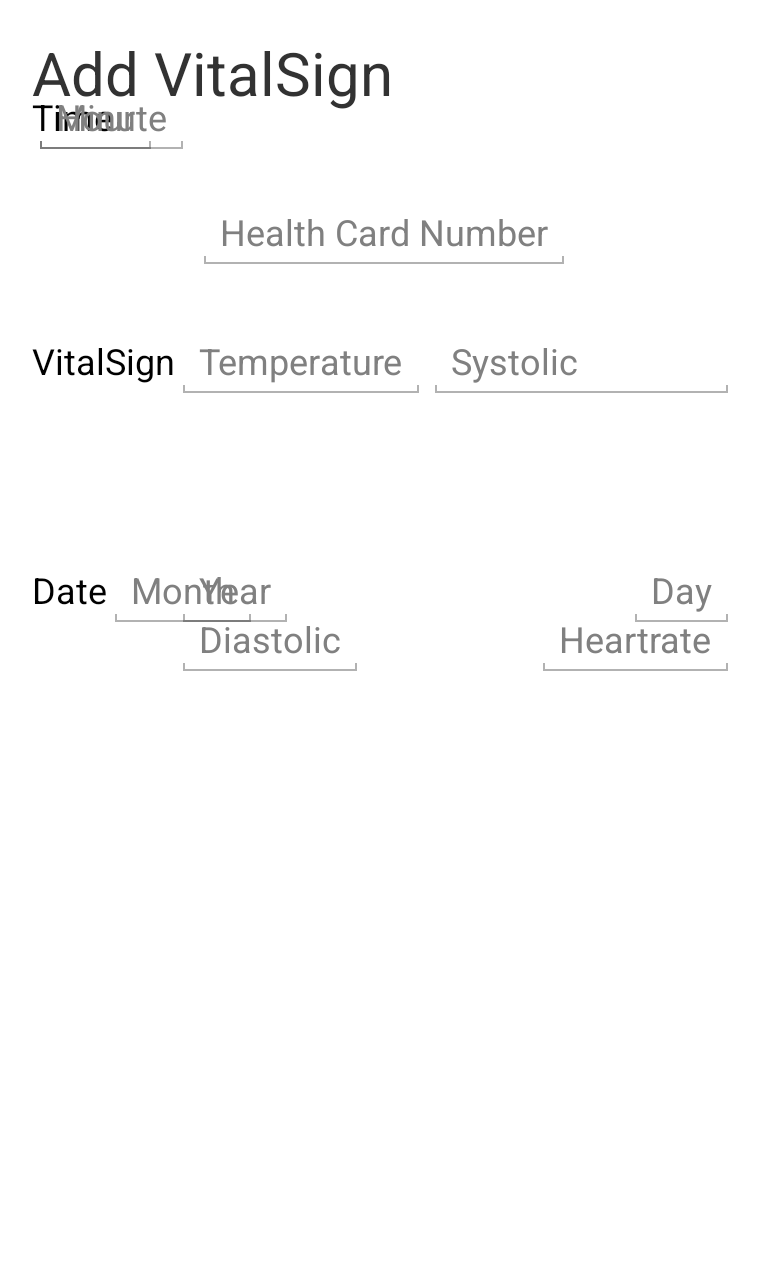
Repository: wangyuan0915/ER
Layout: workspace2/phase3/res/layout/activity_add_vital_sign.xml
An editor plug-in stored every save of this project. The layout is shown before and after the next save, followed by the edit.
It is drawn on a 768 x 1280 px phone screen (xhdpi) without system bars, with theme AppTheme; the app's code is not run.

Above is the layout before, as saved 2013-11-24 06:41:22.

After the next save:
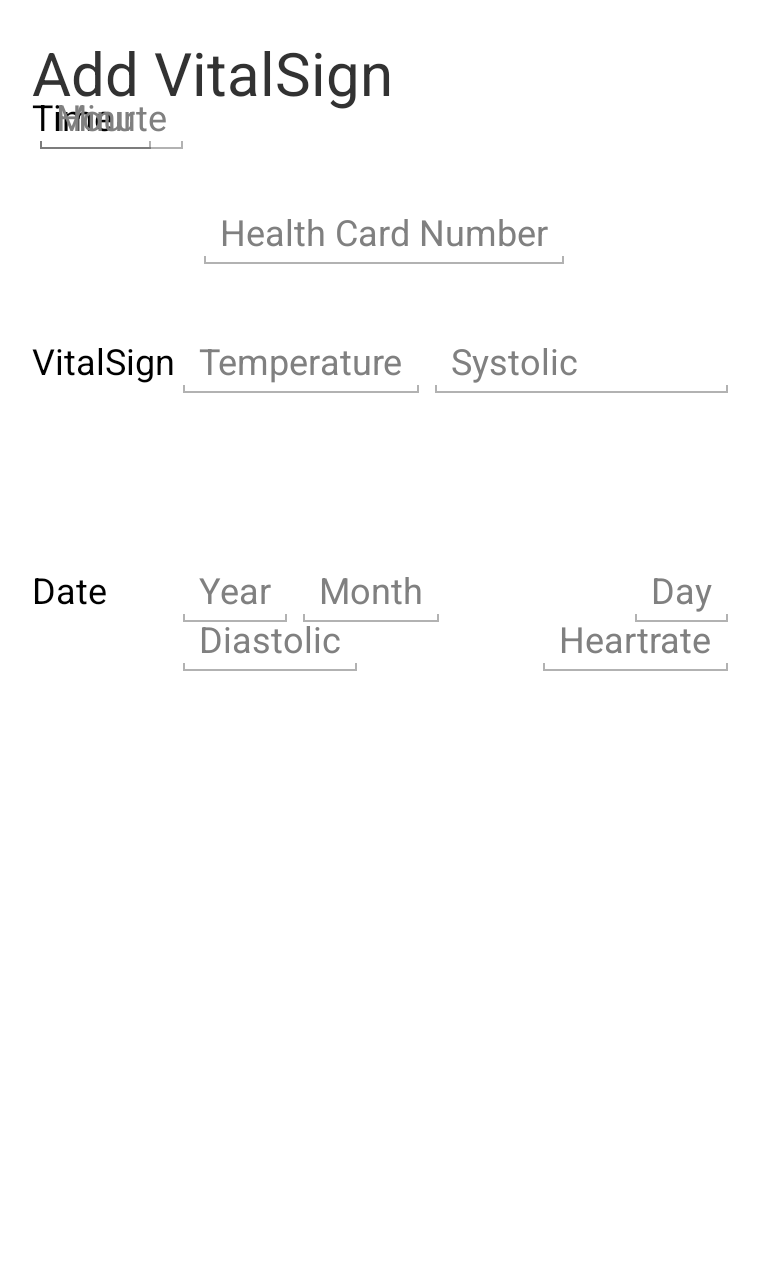
Saved 14 s later.
--- a/workspace2/phase3/res/layout/activity_add_vital_sign.xml
+++ b/workspace2/phase3/res/layout/activity_add_vital_sign.xml
@@ -110,7 +110,7 @@
         android:layout_height="wrap_content"
         android:layout_alignBaseline="@+id/currentdate"
         android:layout_alignBottom="@+id/currentdate"
-        android:layout_toRightOf="@+id/currentdate"
+        android:layout_toRightOf="@+id/currentyear"
         android:inputType="number"
         android:hint="@string/Month"
         android:textAppearance="?android:attr/textAppearanceMedium" />
